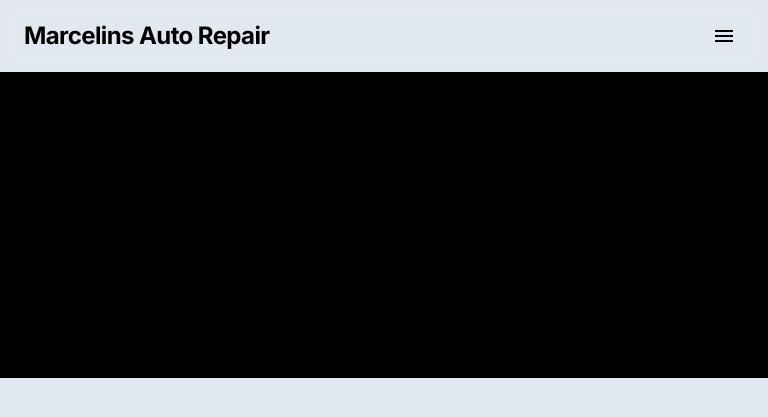
Repository: ilovegames507/twebsite-2
Page: frontend/public/index.html
The author's editor kept a copy of each file at every save. The page is drawn from the files as they stood at one save, then again after the next save.
The browser window is 768 px wide. The pictures show the whole page.
After loading, the first visible `button.header__bars` was clicked once.

Above is the page before, as saved 2025-03-17 19:59:49.

After the next save:
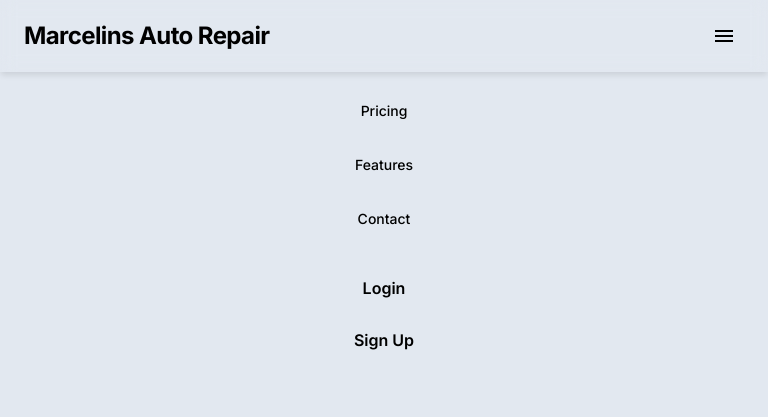
Saved 24 s later.
--- a/frontend/public/styles/components/header.css
+++ b/frontend/public/styles/components/header.css
@@ -86,7 +86,6 @@
     top: 100%;
     left: 0;
     right: 0;
-    background: var(--clr-dark);
     padding: 1rem;
     gap: 0.5rem;
   }
